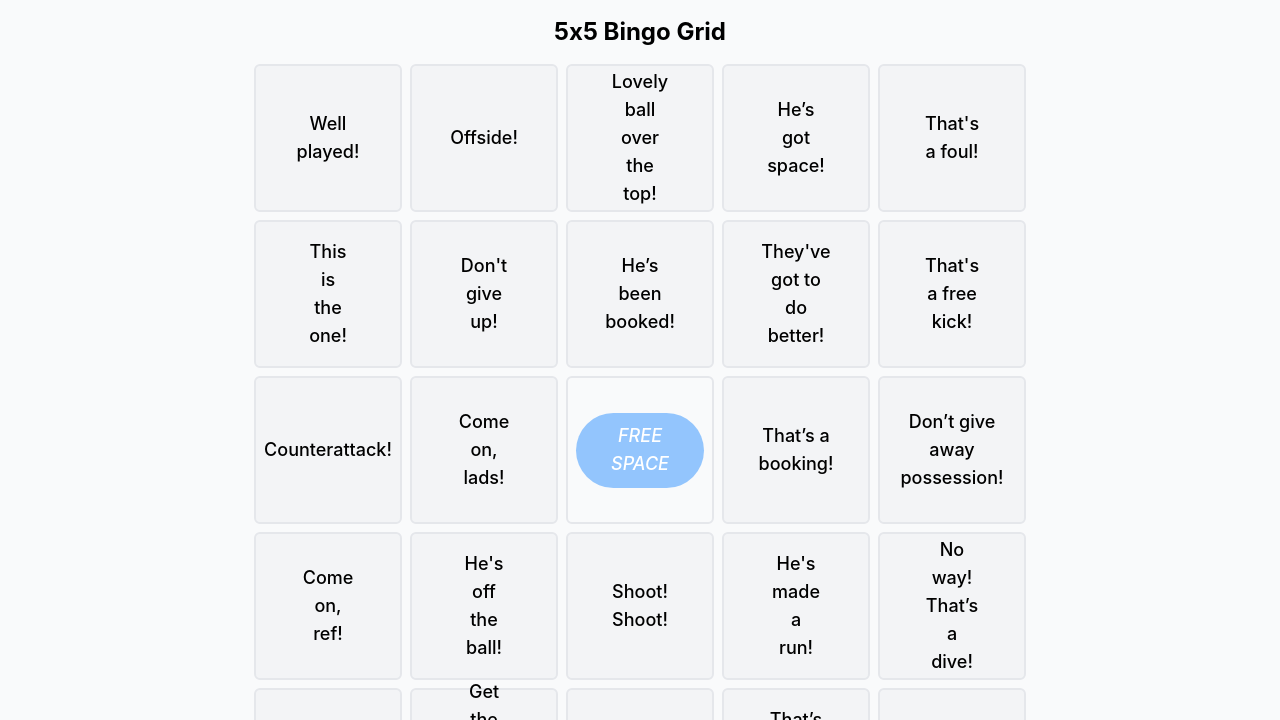
Repository: yassirbn/football-bingo
Page: /
These files come from the project's save history. The page is drawn as it stood at one moment and after the next save; the edit follows.
The browser window is 1280 px wide. The pictures show the whole page.
The project was rebuilt for these pictures with package versions that can differ from the ones it lists, and the page was loaded fresh each time.

Above is the page before, as saved 2024-11-26 18:29:39.

### src/index.css

@import url('https://fonts.googleapis.com/css2?family=Caveat:wght@400;700&display=swap');

@tailwind base;
@tailwind components;
@tailwind utilities;


body {
  margin: 0;
  font-family: -apple-system, BlinkMacSystemFont, 'Segoe UI', 'Roboto', 'Oxygen',
    'Ubuntu', 'Cantarell', 'Fira Sans', 'Droid Sans', 'Helvetica Neue',
    sans-serif;
  -webkit-font-smoothing: antialiased;
  -moz-osx-font-smoothing: grayscale;
}

code {
  font-family: source-code-pro, Menlo, Monaco, Consolas, 'Courier New',
    monospace;
}

### src/App.js
import React from "react";
import BingoGrid from "./component/BingoGrid/BingoGrid";


const App = () => {
  const words  = [
    "What a save!",
    "Offside!",
    "Penalty! Oh, no!",
    "Pass the ball!",
    "That's a dive!",
    "Red card!",
    "Goal! What a strike!",
    "He's on fire!",
    "Foul!",
    "Clear it!",
    "He's through on goal!",
    "Nice touch!",
    "What a tackle!",
    "Great cross!",
    "Counterattack!",
    "He’s injured!",
    "Come on, ref!",
    "Get it in the box!",
    "Keeper's got it!",
    "That's a foul!",
    "No way! That’s a dive!",
    "Good save, keeper!",
    "What a ball!",
    "Hold it up!",
    "Look at that footwork!",
    "Get stuck in!",
    "That’s a booking!",
    "Lovely ball over the top!",
    "That’s a terrible miss!",
    "Get back!",
    "Play to the whistle!",
    "It's all square!",
    "Time for a substitution!",
    "They’re all over them!",
    "Nice pass!",
    "He’s got space!",
    "He’s wide open!",
    "Well played!",
    "Take a shot!",
    "That’s a brilliant goal!",
    "What a finish!",
    "Come on, lads!",
    "Don't give up!",
    "He's made a run!",
    "Get the ball out of there!",
    "Hold the line!",
    "He’s been booked!",
    "That's a red card!",
    "This could be it!",
    "He’s in the clear!",
    "It’s a goal kick!",
    "That's a free kick!",
    "Shoot! Shoot!",
    "That's too easy!",
    "They've got to do better!",
    "He's off the ball!",
    "Put it in the back of the net!",
    "This is getting tense!",
    "He’s looking dangerous!",
    "Don’t give away possession!",
    "He’s gone down easy!",
    "That's a top save!",
    "This is the one!",
    "Make it count!"
  ];


  return (
    <div className="min-h-screen bg-gray-50 flex items-center justify-center">
      <BingoGrid words={words} />
    </div>
  );
};

export default App;

### src/component/BingoGrid/BingoGrid.js
import React, { useState } from "react";

const BingoGrid = ({ words }) => {
  const gridSize = 5; // 5x5 grid
  const totalCells = gridSize * gridSize;

  // Shuffle words only once and store in state
  const initializeGrid = () => {
    const shuffledWords = [...words].sort(() => 0.5 - Math.random()).slice(0, totalCells);

    // Fill with placeholders if not enough words
    while (shuffledWords.length < totalCells) {
      shuffledWords.push("PLACEHOLDER");
    }

    // Replace the center cell with "FREE SPACE"
    const centerIndex = Math.floor(totalCells / 2);
    shuffledWords[centerIndex] = "FREE SPACE";

    return shuffledWords;
  };

  const [gridWords] = useState(initializeGrid);
  const [selectedCells, setSelectedCells] = useState(
    Array(totalCells).fill(false).map((_, i) => i === Math.floor(totalCells / 2)) // Center (FREE SPACE) is pre-selected
  );
  const [bingo, setBingo] = useState(false);

  // Handle cell click
  const handleCellClick = (index) => {
    if (gridWords[index] === "FREE SPACE" || selectedCells[index]) return; // Ignore clicks on FREE SPACE or already selected cells

    const updatedSelection = [...selectedCells];
    updatedSelection[index] = true;
    setSelectedCells(updatedSelection);

    // Check for Bingo
    checkForBingo(updatedSelection);
  };

  // Check for Bingo
  const checkForBingo = (selected) => {
    const checkLine = (line) => line.every((index) => selected[index]);

    // Generate all rows, columns, and diagonals
    const rows = Array.from({ length: gridSize }, (_, i) =>
      Array.from({ length: gridSize }, (_, j) => i * gridSize + j)
    );
    const cols = Array.from({ length: gridSize }, (_, i) =>
      Array.from({ length: gridSize }, (_, j) => j * gridSize + i)
    );
    const diagonal1 = Array.from({ length: gridSize }, (_, i) => i * gridSize + i);
    const diagonal2 = Array.from({ length: gridSize }, (_, i) => (i + 1) * gridSize - (i + 1));

    const lines = [...rows, ...cols, diagonal1, diagonal2];

    if (lines.some(checkLine)) {
      setBingo(true); // Set Bingo to true to trigger animations
    }
  };

  return (
    <div className="p-4 relative h-screen overflow-hidden">
      {/* Fireworks Animation */}
      {bingo && (
        <div className="absolute inset-0 z-20 flex justify-center items-center pointer-events-none">
          {/* Firework Particles */}
          {Array.from({ length: 300 }).map((_, idx) => (
            <div
              key={idx}
              className="fireworks-particle w-4 h-4 rounded-full absolute animate-fireworks"
              style={{
                "--x": `${Math.random() * 120 - 60}vw`, // Expanded X direction
                "--y": `${Math.random() * 120 - 60}vh`, // Expanded Y direction
                "--size": `${Math.random() * 10 + 5}px`, // Random size (larger particles)
                "--duration": `${Math.random() * 2 + 1.5}s`, // Increased duration for longer explosion
                "--delay": `${Math.random() * 0.5}s`, // Random delay
                backgroundColor: `hsl(${Math.random() * 360}, 100%, 50%)`, // Random color (HSL)
                transform: `rotate(${Math.random() * 360}deg)` // Random rotation for more chaos
              }}
            ></div>
          ))}
        </div>
      )}

      {/* Bingo Text Animation */}
      {bingo && (
        <div className="absolute inset-0 flex items-center justify-center z-10 animate-bingo-fade">
          <h2 className="text-7xl sm:text-8xl md:text-9xl lg:text-10xl font-extrabold text-red-600 animate-bingo-shake">
            BINGO!
          </h2>
        </div>
      )}

      {/* Bingo Grid */}
      <h1 className="text-center text-2xl font-bold mb-4">5x5 Bingo Grid</h1>
      <div
        className="grid gap-2"
        style={{
          gridTemplateColumns: `repeat(${gridSize}, minmax(50px, 1fr))`,
        }}
      >
        {gridWords.map((word, index) => (
          <div
            key={index}
            className={`flex items-center justify-center border-2 rounded-md text-center font-medium aspect-square p-2
              ${selectedCells[index] ? "bg-transparent" : "bg-gray-100 hover:bg-blue-200 cursor-pointer"}
              ${word === "FREE SPACE" ? "cursor-default" : ""}`}
            onClick={() => handleCellClick(index)}
          >
            <div
              className={`${
                selectedCells[index]
                  ? "bg-blue-300 text-white" // Selected cells get a blue background
                  : "bg-transparent"
              } rounded-full flex items-center justify-center
              ${word === "FREE SPACE" ? "font-bold italic" : ""}
              py-3 px-6 sm:py-4 sm:px-8 md:py-6 md:px-12 lg:py-8 lg:px-16`}
              style={{
                width: "75px", // Adjusted for mobile/tablet responsiveness
                height: "75px", // Adjusted for mobile/tablet responsiveness
                minWidth: "75px", // Ensures the circle doesn't shrink smaller than this
              }}
            >
              <span
                className={`text-xs sm:text-sm md:text-base lg:text-lg font-medium`}
              >
                {word}
              </span>
            </div>
          </div>
        ))}
      </div>
    </div>
  );
};

export default BingoGrid;

### tailwind.config.js
/** @type {import('tailwindcss').Config} */
module.exports = {
  content: ['./src/**/*.{js,jsx,ts,tsx}'],
  theme: {
    extend: {
      fontFamily: {
        handwritten: ["'Caveat'", "cursive"],
      },
      animation: {
        fireworks: "fireworks 1.5s ease-out forwards",
        "bingo-fade": "bingo-fade 2s ease-out forwards",
        "bingo-shake": "bingo-shake 0.5s ease-in-out infinite",
      },
      keyframes: {
        fireworks: {
          "0%": {
            transform: "scale(0) translate(0, 0)",
            opacity: 1,
          },
          "50%": {
            transform: "scale(1) translate(var(--x), var(--y))",
            opacity: 1,
          },
          "100%": {
            transform: "scale(2) translate(var(--x), var(--y))",
            opacity: 0,
          },
        },
        "bingo-fade": {
          "0%": { opacity: 0 },
          "100%": { opacity: 1 },
        },
        "bingo-shake": {
          "0%": { transform: "rotate(0)" },
          "25%": { transform: "rotate(5deg)" },
          "50%": { transform: "rotate(0)" },
          "75%": { transform: "rotate(-5deg)" },
          "100%": { transform: "rotate(0)" },
        },
      },
    },
  },
  plugins: [],
}

Loaded but not shown: public/index.html (common file); src/index.js (common file); src/reportWebVitals.js (common file)

After the next save:
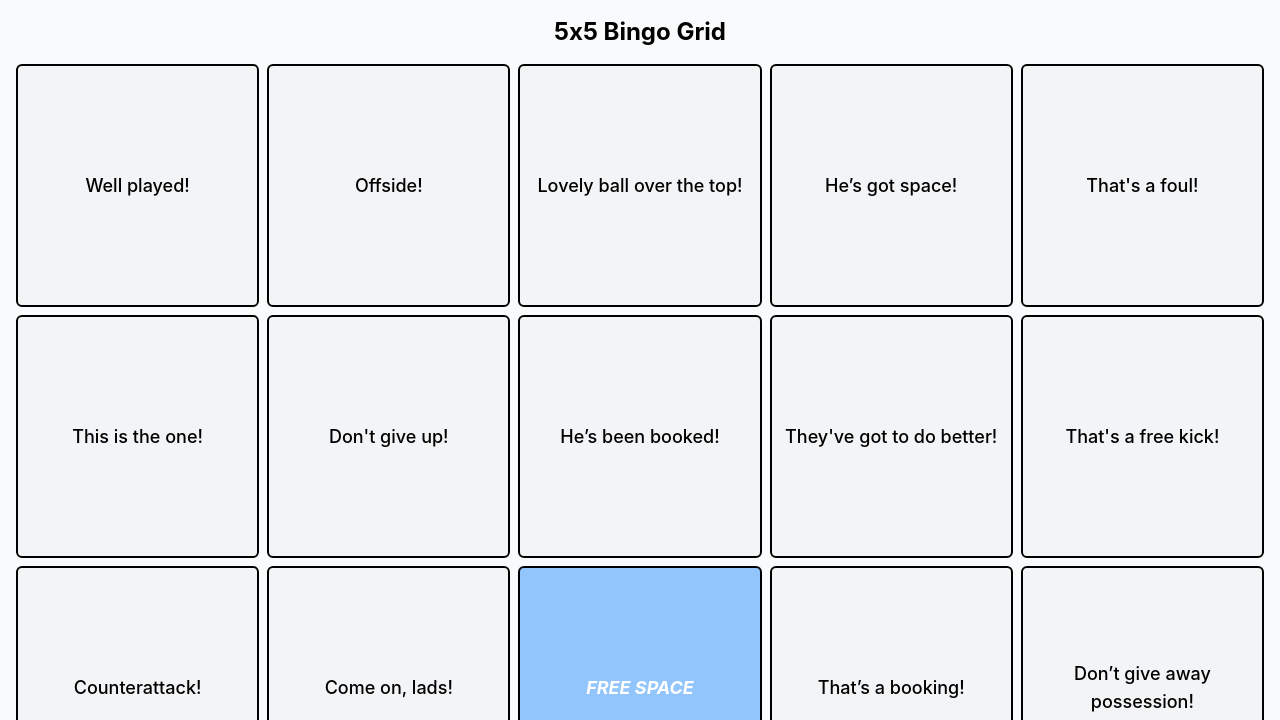
Saved 2 min 59 s later.
--- a/src/component/BingoGrid/BingoGrid.js
+++ b/src/component/BingoGrid/BingoGrid.js
@@ -103,31 +103,21 @@ const BingoGrid = ({ words }) => {
         {gridWords.map((word, index) => (
           <div
             key={index}
-            className={`flex items-center justify-center border-2 rounded-md text-center font-medium aspect-square p-2
-              ${selectedCells[index] ? "bg-transparent" : "bg-gray-100 hover:bg-blue-200 cursor-pointer"}
+            className={`flex items-center justify-center border-black border-solid border-2 rounded-md text-center font-medium aspect-square p-2
+              ${selectedCells[index]
+              ? "bg-blue-300 text-white relative"
+              : "bg-gray-100 hover:bg-blue-200 cursor-pointer"}
               ${word === "FREE SPACE" ? "cursor-default" : ""}`}
             onClick={() => handleCellClick(index)}
           >
-            <div
-              className={`${
-                selectedCells[index]
-                  ? "bg-blue-300 text-white" // Selected cells get a blue background
-                  : "bg-transparent"
-              } rounded-full flex items-center justify-center
-              ${word === "FREE SPACE" ? "font-bold italic" : ""}
-              py-3 px-6 sm:py-4 sm:px-8 md:py-6 md:px-12 lg:py-8 lg:px-16`}
-              style={{
-                width: "75px", // Adjusted for mobile/tablet responsiveness
-                height: "75px", // Adjusted for mobile/tablet responsiveness
-                minWidth: "75px", // Ensures the circle doesn't shrink smaller than this
-              }}
+            {word !== "FREE SPACE" && selectedCells[index] && (
+              <div className="absolute inset-0 border-4 rounded-full border-blue-500"></div>
+            )}
+            <span
+              className={`break-words text-xs sm:text-sm md:text-base lg:text-lg font-handwriting ${word === "FREE SPACE" ? "font-bold italic" : ""}`}
             >
-              <span
-                className={`text-xs sm:text-sm md:text-base lg:text-lg font-medium`}
-              >
-                {word}
-              </span>
-            </div>
+              {word}
+            </span>
           </div>
         ))}
       </div>
